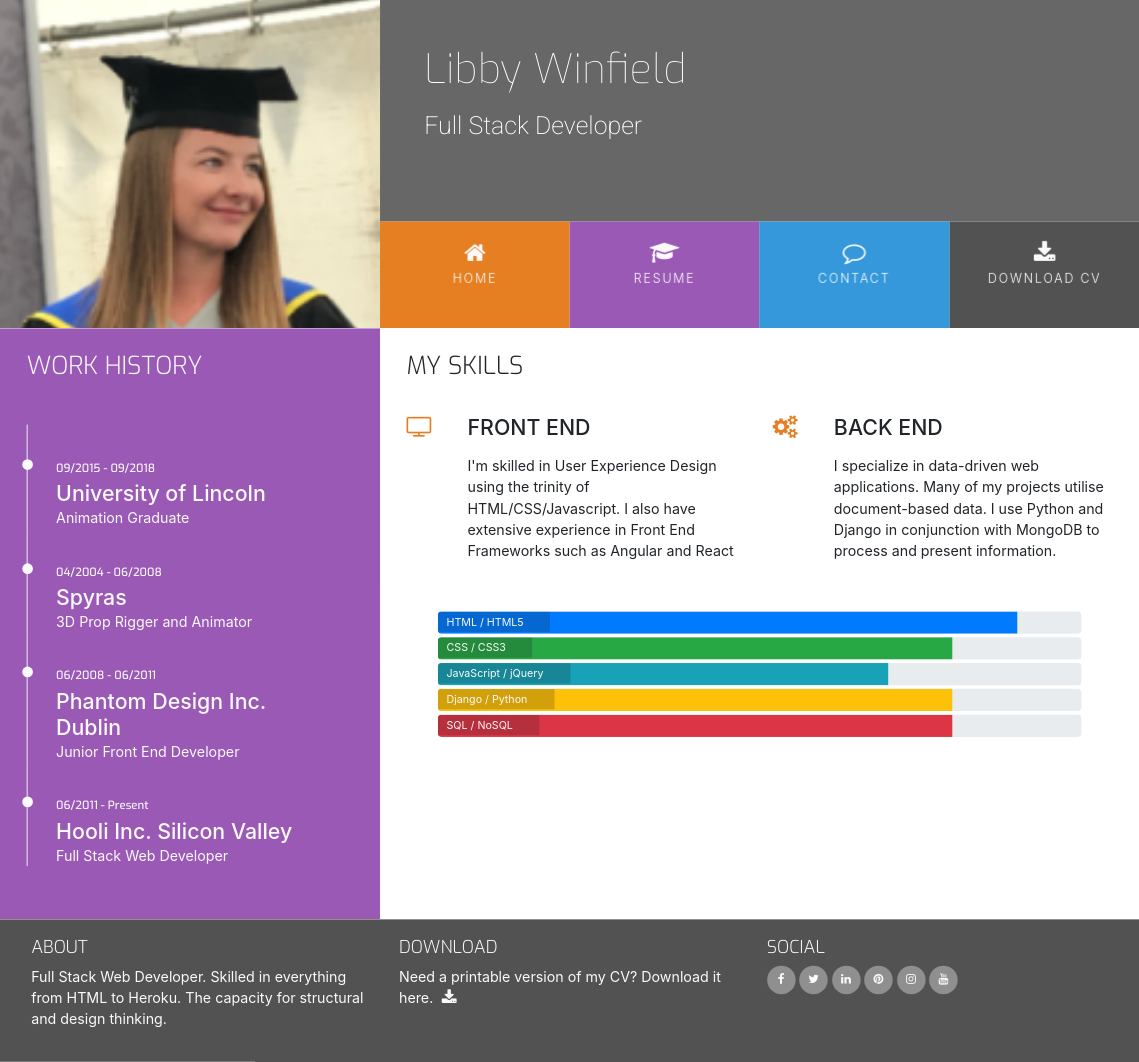
Repository: LibbyWin/CV
Page: resume.html
The author's editor kept a record of every edit. The page is drawn from the files as they stood at one moment, then again after the next edit.
The browser window is 1280 px wide. The pictures show the whole page, at 89% of full size.
Some web libraries are served in a nearby version.

Above is the page before.

After the next edit:
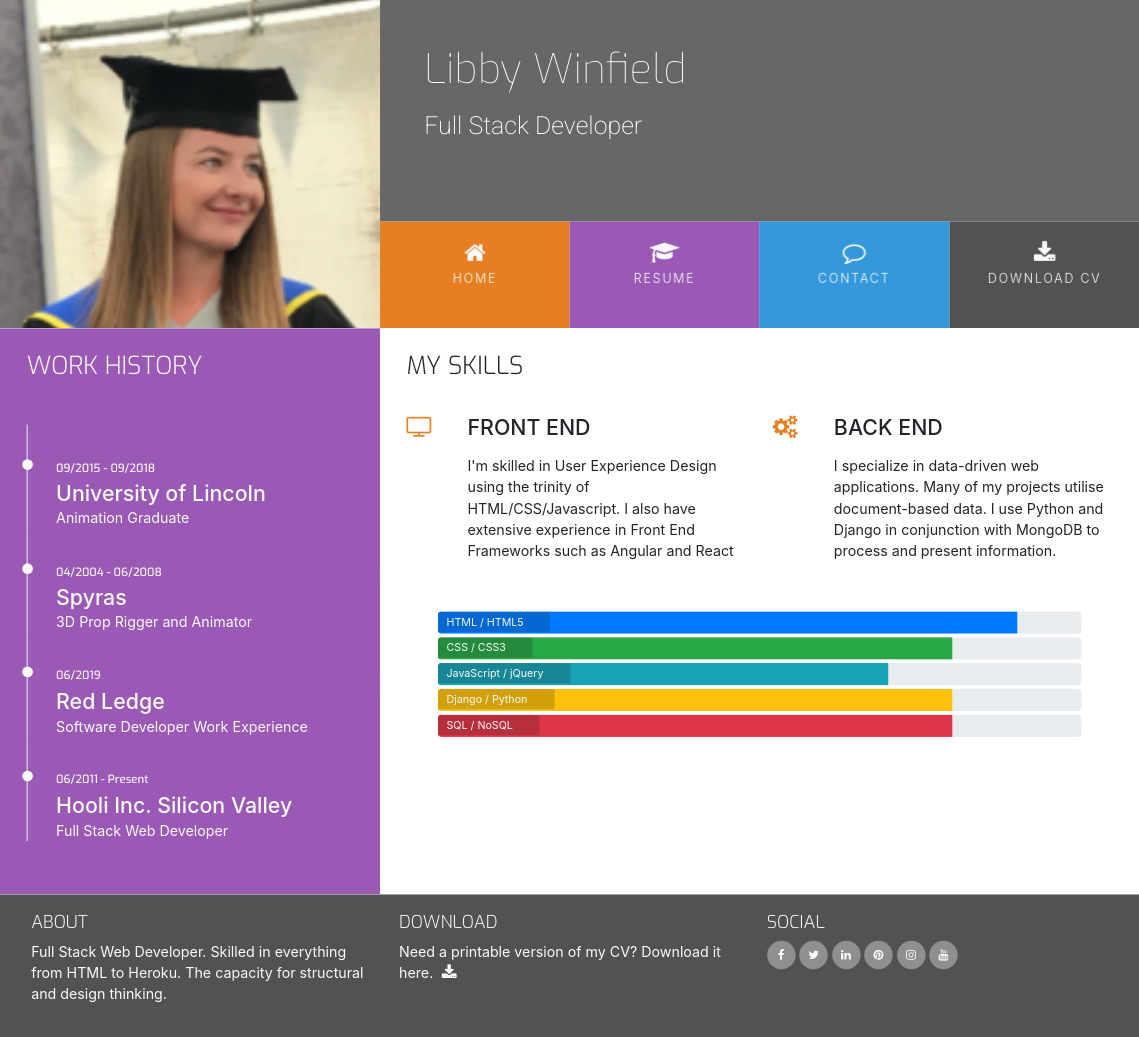
The edit:
--- a/resume.html
+++ b/resume.html
@@ -61,9 +61,9 @@
                         <h4>Spyras</h4>
                         <p>3D Prop Rigger and Animator</p>
                     </div>
-                    <div class="timeline-item" data-dates="06/2008 - 06/2011">
-                        <h4>Phantom Design Inc. Dublin</h4>
-                        <p>Junior Front End Developer</p>
+                    <div class="timeline-item" data-dates="06/2019">
+                        <h4>Red Ledge</h4>
+                        <p>Software Developer Work Experience</p>
                     </div>
                     <div class="timeline-item" data-dates="06/2011 - Present">
                         <h4>Hooli Inc. Silicon Valley</h4>
